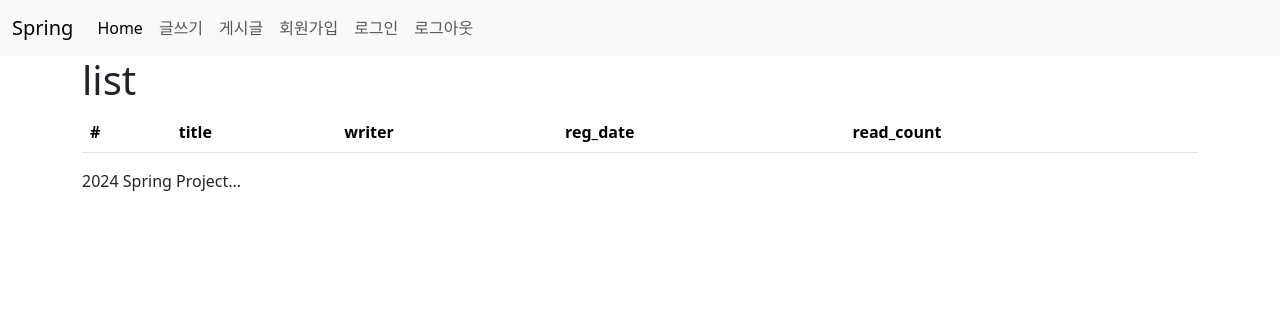
Repository: dlwpsdlwps/springTest240430
Page: http://localhost/spring_study/WEB-INF/views/board/list.jsp
An editor plug-in stored every save of this project. The page is shown before and after the next save, followed by the edit.
The browser window is 1280 px wide. The pictures show the whole page.
The page is served by Tomcat 9. Nobody is signed in. The template is opened directly, without the code that normally fills it, so the values that code supplies are empty.

Above is the page before, as saved 2024-04-24 08:08:34.

### spring_study/src/main/webapp/WEB-INF/views/board/list.jsp
<%@ page language="java" contentType="text/html; charset=UTF-8"
    pageEncoding="UTF-8"%>
    <%@ taglib uri="http://java.sun.com/jsp/jstl/core" prefix="c" %>

<jsp:include page="../layout/header.jsp" />
<div class="container-md">
	<h1>list</h1>
	<!-- 검색라인 -->
	<table class="table table-hover">
		<thead>
			<tr>
				<th>#</th>
				<th>title</th>
				<th>writer</th>
				<th>reg_date</th>
				<th>read_count</th>
			</tr>
		</thead>
		<tbody>
			<c:forEach items="${list }" var="bvo">
				<tr>
					<td>${bvo.bno }</td>
					<td><a href="/board/detail?bno=${bvo.bno }">${bvo.title }</a></td>
					<td>${bvo.writer }</td>
					<td>${bvo.reg_date }</td>
					<td>${bvo.read_count }</td>
				</tr>
			</c:forEach>
		</tbody>
	</table>
	<!-- 페이지네이션 라인 -->
</div>
<jsp:include page="../layout/footer.jsp" />

### spring_study/src/main/webapp/WEB-INF/views/layout/header.jsp
<%@ page language="java" contentType="text/html; charset=UTF-8"
    pageEncoding="UTF-8"%>
<!DOCTYPE html>
<html>
<head>
<meta charset="UTF-8">
<title>header.jsp</title>
<link href="https://cdn.jsdelivr.net/npm/bootstrap@5.3.3/dist/css/bootstrap.min.css" rel="stylesheet" integrity="sha384-QWTKZyjpPEjISv5WaRU9OFeRpok6YctnYmDr5pNlyT2bRjXh0JMhjY6hW+ALEwIH" crossorigin="anonymous">
<script src="https://cdn.jsdelivr.net/npm/bootstrap@5.3.3/dist/js/bootstrap.bundle.min.js" integrity="sha384-YvpcrYf0tY3lHB60NNkmXc5s9fDVZLESaAA55NDzOxhy9GkcIdslK1eN7N6jIeHz" crossorigin="anonymous"></script>
</head>
<body>
<nav class="navbar navbar-expand-lg bg-body-tertiary">
  <div class="container-fluid">
    <a class="navbar-brand" href="/">Spring</a>
    <button class="navbar-toggler" type="button" data-bs-toggle="collapse" data-bs-target="#navbarSupportedContent" aria-controls="navbarSupportedContent" aria-expanded="false" aria-label="Toggle navigation">
      <span class="navbar-toggler-icon"></span>
    </button>
    <div class="collapse navbar-collapse" id="navbarSupportedContent">
      <ul class="navbar-nav me-auto mb-2 mb-lg-0">
        <li class="nav-item">
          <a class="nav-link active" aria-current="page" href="/">Home</a>
        </li>
        <li class="nav-item">
          <a class="nav-link" href="/board/register">글쓰기</a>
        </li>
        <li class="nav-item">
          <a class="nav-link" href="/board/list">게시글</a>
        </li>
        <li class="nav-item">
          <a class="nav-link" href="#">회원가입</a>
        </li>
        <li class="nav-item">
          <a class="nav-link" href="#">로그인</a>
        </li>
        <li class="nav-item">
          <a class="nav-link" href="#">로그아웃</a>
        </li>
      </ul>
    </div>
  </div>
</nav>

### spring_study/src/main/webapp/WEB-INF/views/layout/footer.jsp
<%@ page language="java" contentType="text/html; charset=UTF-8"
    pageEncoding="UTF-8"%>
<div class="container-md">
	2024 Spring Project...
</div>

</body>
</html>

After the next save:
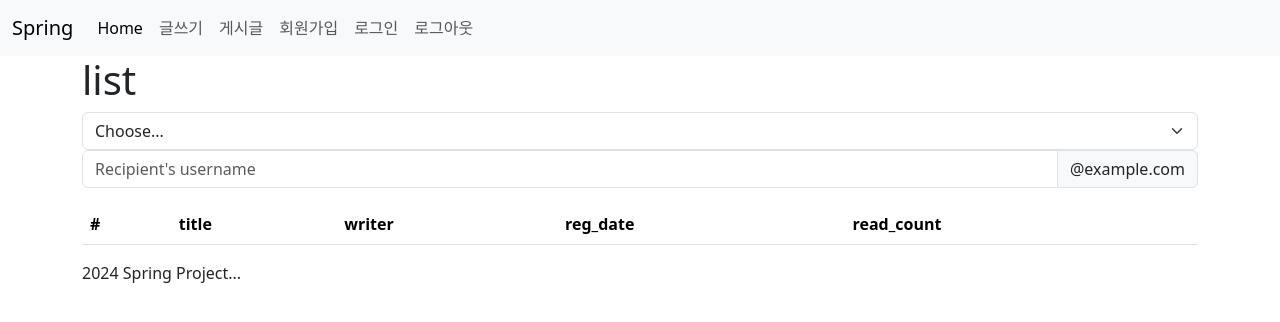
Saved 5 min 4 s later.
--- a/spring_study/src/main/webapp/WEB-INF/views/board/list.jsp
+++ b/spring_study/src/main/webapp/WEB-INF/views/board/list.jsp
@@ -6,6 +6,21 @@
 <div class="container-md">
 	<h1>list</h1>
 	<!-- 검색라인 -->
+	<form action="">
+		<div class="col-auto">
+    <label class="visually-hidden" for="autoSizingSelect">Preference</label>
+    <select class="form-select" id="autoSizingSelect">
+      <option selected>Choose...</option>
+      <option value="1">One</option>
+      <option value="2">Two</option>
+      <option value="3">Three</option>
+    </select>
+    <div class="input-group mb-3">
+	  <input type="text" class="form-control" placeholder="Recipient's username" aria-label="Recipient's username" aria-describedby="basic-addon2">
+	  <span class="input-group-text" id="basic-addon2">@example.com</span>
+	</div>
+  </div>
+	</form>
 	<table class="table table-hover">
 		<thead>
 			<tr>
